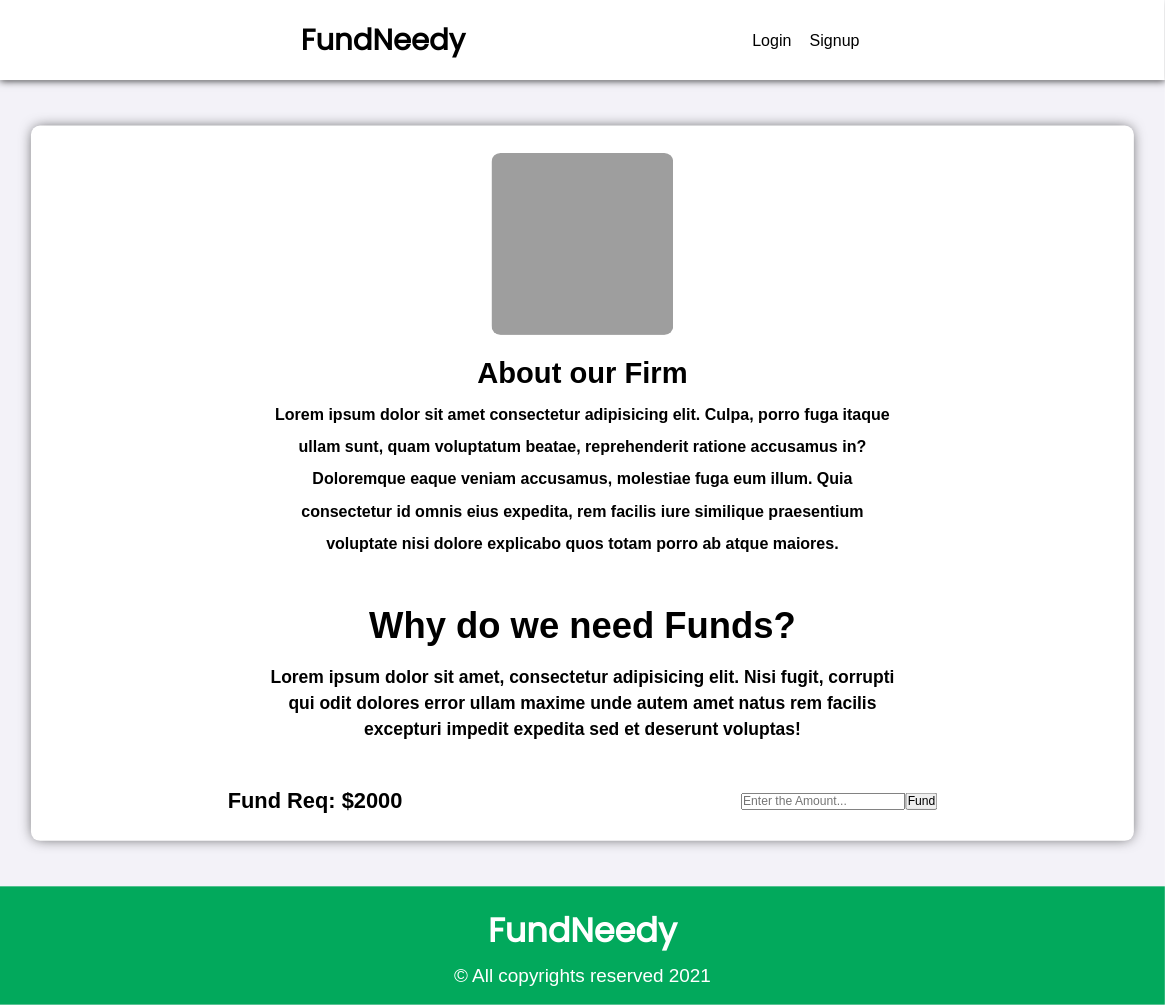
Repository: osdc/codejam
Page: /firmname (app in sassy-sandwiches/fund-needy/)
An editor plug-in stored every save of this project. The page is shown before and after the next save, followed by the edit.
The browser window is 1280 px wide. The pictures show the whole page, at 91% of full size.
Pictures or frames that could not be fetched are drawn as grey boxes. The project was rebuilt for these pictures with package versions that can differ from the ones it lists, and the page was loaded fresh each time. Also part of the build but not shown: sassy-sandwiches/fund-needy/src/Showcase.css, sassy-sandwiches/fund-needy/src/Showcase.js, sassy-sandwiches/fund-needy/src/Needies.css, sassy-sandwiches/fund-needy/src/Needy.css, sassy-sandwiches/fund-needy/src/Needy.js, sassy-sandwiches/fund-needy/src/Needies.js.

Above is the page before, as saved 2021-01-09 22:29:04.

After the next save:
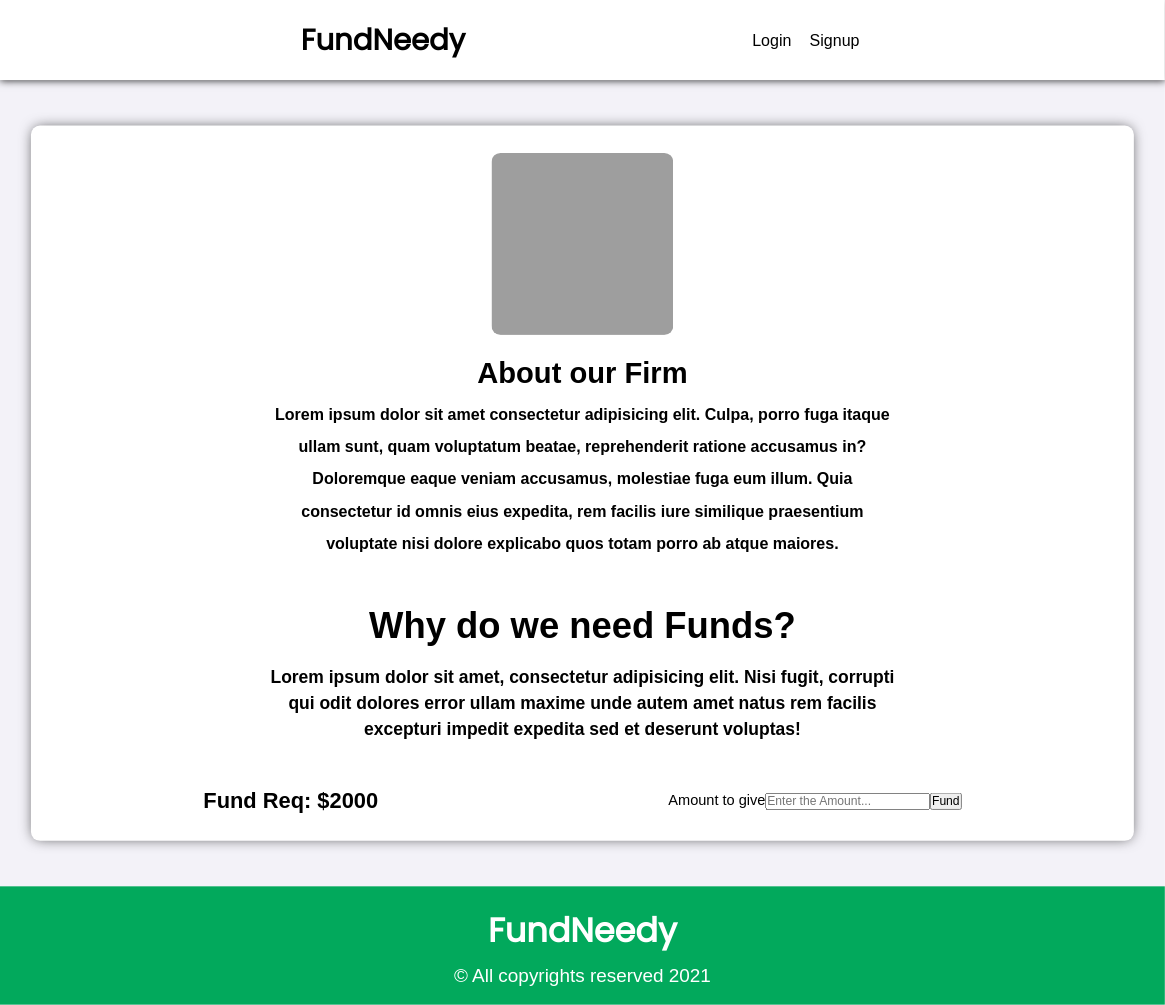
Saved 19 s later.
--- a/sassy-sandwiches/fund-needy/src/FirmFund.js
+++ b/sassy-sandwiches/fund-needy/src/FirmFund.js
@@ -32,6 +32,7 @@ function FirmFund() {
       <div className="firmFund_fund">
         <h2>Fund Req: $2000</h2>
         <form action="">
+          <label htmlFor="toGive">Amount to give</label>
           <input type="money" required placeholder="Enter the Amount..." />
           <button>Fund</button>
         </form>
